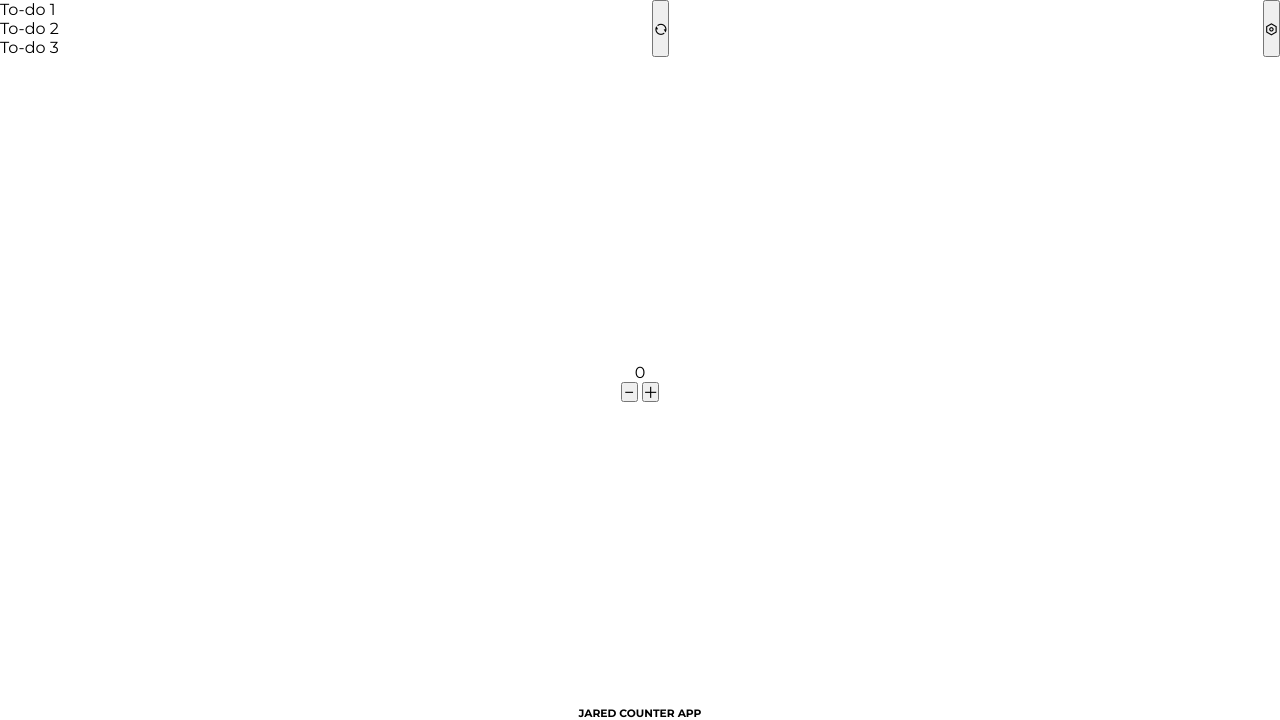
Repository: EguJaredoBoyd/Jared-Counter-App
Page: index.html
These files come from the project's save history. The page is drawn as it stood at one moment and after the next save; the edit follows.
The browser window is 1280 px wide. The pictures show the whole page.

Above is the page before, as saved 2025-11-17 22:08:43.
Console error: TypeError: Cannot set properties of undefined (setting 'backgroundColor')

After the next save:
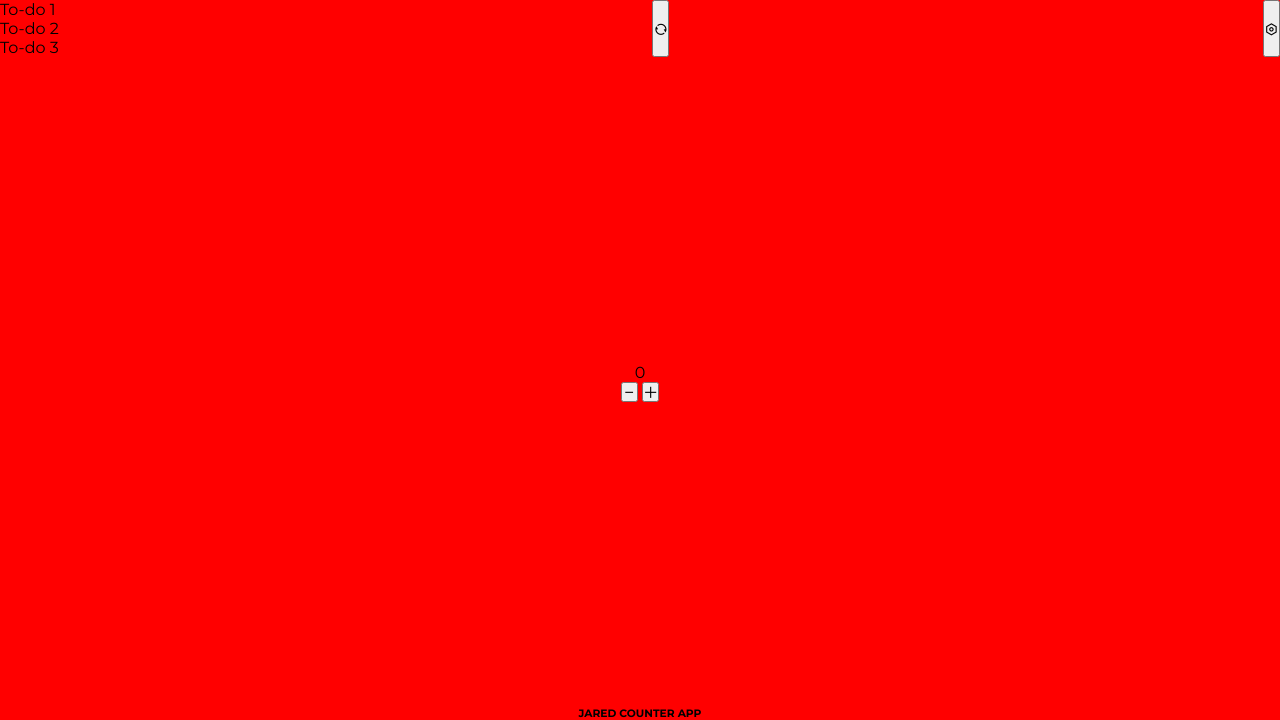
The error is gone.
Saved 21 s later.
--- a/toggle-script.js
+++ b/toggle-script.js
@@ -1 +1 @@
-document.getElementById('body').stylet.backgroundColor = 'red';
+document.getElementById('body').style.backgroundColor = 'red';
